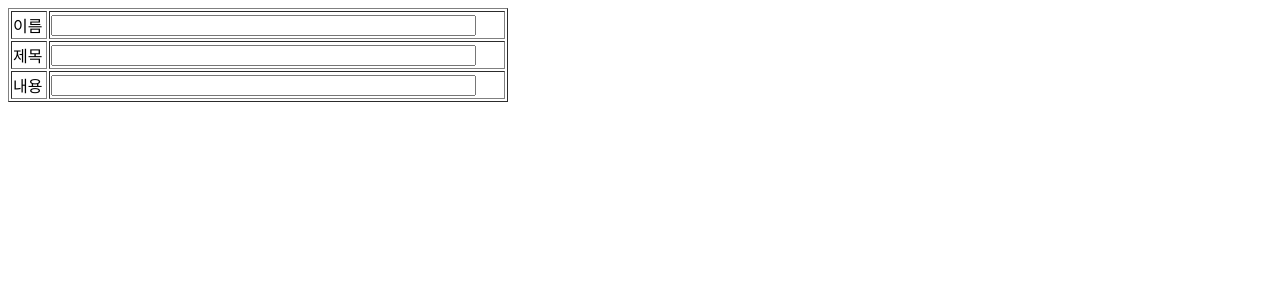
Repository: choogeonhwi/java-
Page: http://localhost/spring_mvc_board1/write_view
The author's editor kept a copy of each file at every save. The page is drawn from the files as they stood at one save, then again after the next save.
The browser window is 1280 px wide. The pictures show the whole page.
The page is served by Tomcat 9.

Above is the page before, as saved 2024-01-08 07:29:03.

After the next save:
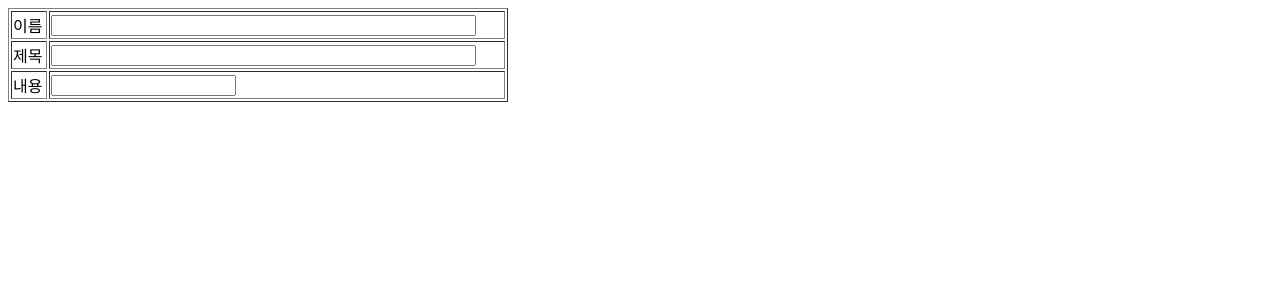
Saved 21 s later.
--- a/Spring/spring_mvc_board1/src/main/webapp/WEB-INF/views/write_view.jsp
+++ b/Spring/spring_mvc_board1/src/main/webapp/WEB-INF/views/write_view.jsp
@@ -21,7 +21,7 @@
 	</tr>
 	<tr>
 	<td>내용</td>
-	<td> <input type="text" name="bcontent" size="50"> </td>
+	<td> <input rows="10" name="bcontent" > </td>
 
 	</tr>
  </form>
